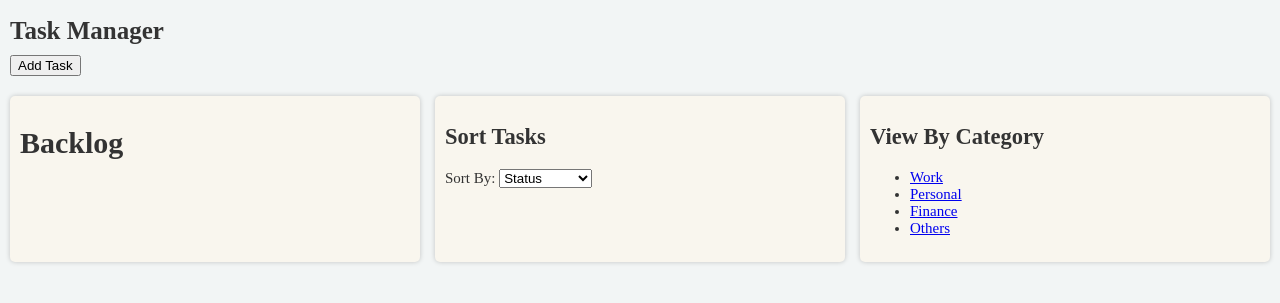
Repository: n-shen/task-tracker
Page: / (app in frontend/)
These files come from the project's save history. The page is drawn as it stood at one moment and after the next save; the edit follows.
The browser window is 1280 px wide. The pictures show the whole page.
The project was rebuilt for these pictures with package versions that can differ from the ones it lists, and the page was loaded fresh each time. Also part of the build but not shown: frontend/src/components/taskManager/addTask.jsx, frontend/src/components/tasks/task.jsx, frontend/src/components/taskManager/categoryTasks.jsx. Imported but missing from the stored project, and not drawn on this page: frontend/src/reportWebVitals.

Above is the page before, as saved 2023-04-20 13:22:51.

After the next save:
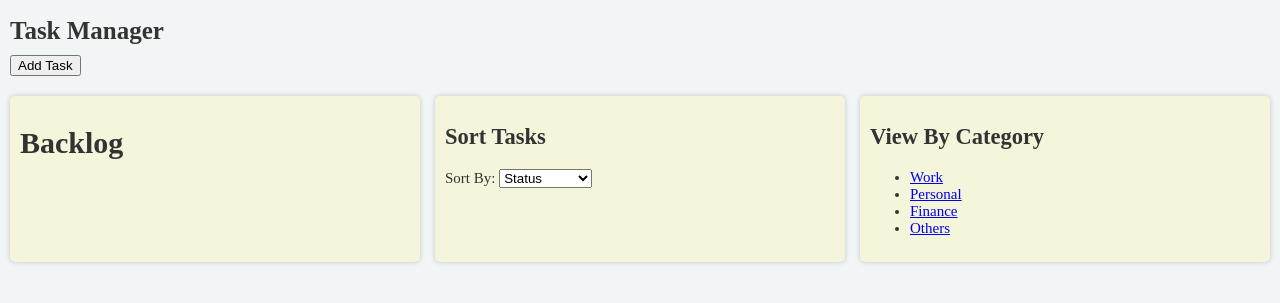
Saved 37 s later.
--- a/frontend/src/styles/manager.css
+++ b/frontend/src/styles/manager.css
@@ -29,7 +29,7 @@
 }
 
 .taskManager--grid > div {
-    background-color: #F9F6EE;
+    background-color: #F5F5DC;
     border-radius: 0.5rem;
     padding: 1rem;
     box-shadow: 0 0 0.5rem rgba(0, 0, 0, 0.2);
